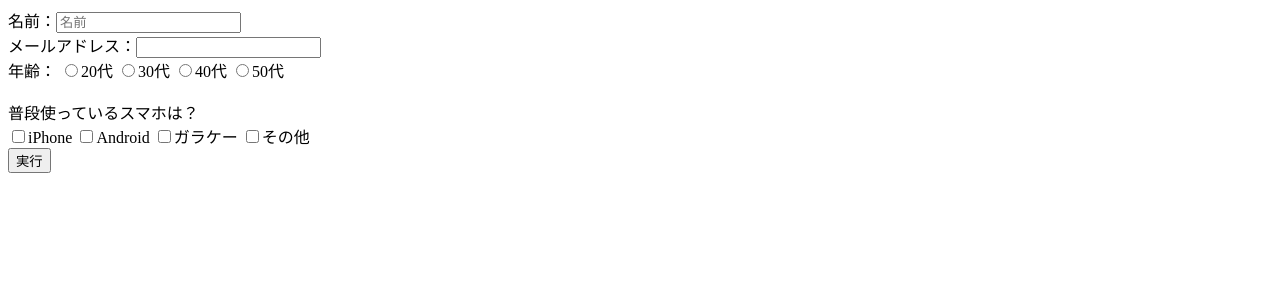
Repository: picalin/samurai_typing-game
Page: JavaScript_tutorial/Practice.html
The author's editor kept a record of every edit. The page is drawn from the files as they stood at one moment, then again after the next edit.
The browser window is 1280 px wide. The pictures show the whole page.

Above is the page before.

After the next edit:
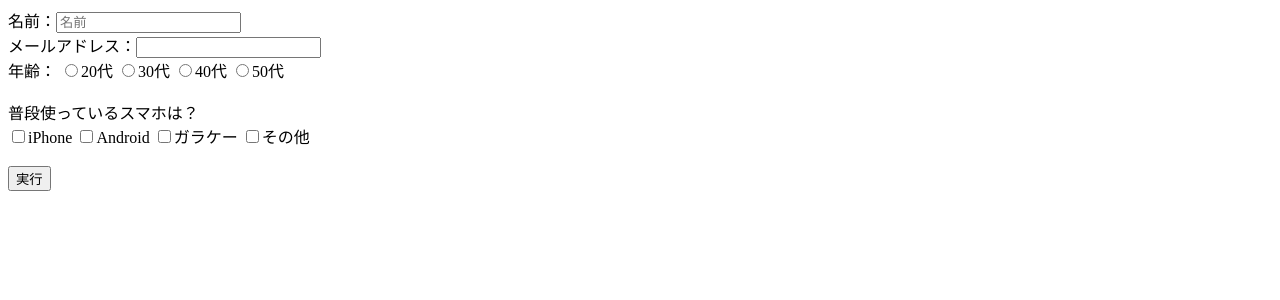
The edit:
--- a/JavaScript_tutorial/Practice.html
+++ b/JavaScript_tutorial/Practice.html
@@ -4,44 +4,51 @@
     <meta charset="utf-8">
     <title>DOMサンプルデモ</title>
   </head>
-    <body>
-      <form name="myForm">
-        名前：<input type="text" name="name" placeholder="名前"　required /><br/>
+  <body>
+    <form name="myForm">
+      <label>名前：<input type="text" name="name" placeholder="名前" /></label>
 
-        メールアドレス：<input type="email" name="address"　placeholder="メールアドレス" required /><br/>
-        年齢：
-        <input type="radio" name="age" value="20" />20代
-        <input type="radio" name="age" value="30" />30代
-        <input type="radio" name="age" value="40" />40代
-        <input type="radio" name="age" value="50" />50代
-      <br/><br/>
-      <label>普段使っているスマホは？</label><br/>
-        <input type="checkbox" name="phone" value="iphone" />iPhone
-        <input type="checkbox" name="phone" value="android" />Android
-        <input type="checkbox" name="phone" value="garakei" />ガラケー
-        <input type="checkbox" name="phone" value="other" />その他
-      <br/>
+      <br>
 
-        <button id="btn">実行</button>
-      </form>
-      <script>
-        const btn = document.getElementById('btn');
-        btn.addEventListener('click', () => {
-          //名前を出力
-          const nameValue = document.forms.myForm.name.value;
-          console.log(nameValue);
-          //メールアドレスを出力
-          const addressValue = document.forms.myForm.address.value;
-          console.log(addressValue);
-          //年齢を出力
-          const ageForm = document.forms.myForm;
-          console.log(ageForm.age.value);
-          //使用しているスマホを出力
-          const phoneForm = document.forms.myForm;
-          phoneForm.phone.forEach(item => {
-            if(item.checked) console.log(item.value);
-          });
-        });
-      </script>
-    </body>
+      <label>メールアドレス：<input type="email" name="email" /></label>
+
+      <br>
+
+      <label>年齢：</label>
+      <input type="radio" name="age" value="20" />20代
+      <input type="radio" name="age" value="30" />30代
+      <input type="radio" name="age" value="40" />40代
+      <input type="radio" name="age" value="50" />50代
+
+      <br><br>
+
+      <label>普段使っているスマホは？</label><br>
+      <input type="checkbox" name="phone" value="iphone" />iPhone
+      <input type="checkbox" name="phone" value="android" />Android
+      <input type="checkbox" name="phone" value="flip-phone" />ガラケー
+      <input type="checkbox" name="phone" value="other" />その他
+    </form>
+    <br>
+
+    <button id="btn">実行</button>
+    </div>
+
+    <script>
+      const btn = document.getElementById('btn');
+
+      btn.addEventListener('click', () => {
+        const form = document.forms.myForm;
+        console.log(form.name.value); //名前の取得
+        console.log(form.email.value); //メールアドレスの取得
+        console.log(form.age.value);   //年齢の取得
+
+        //スマホ種類の取得
+        form.phone.forEach(item => {
+
+          if(item.checked) console.log(item.value);
+
+        })
+      });
+    </script>
+  </body>
 </html>
